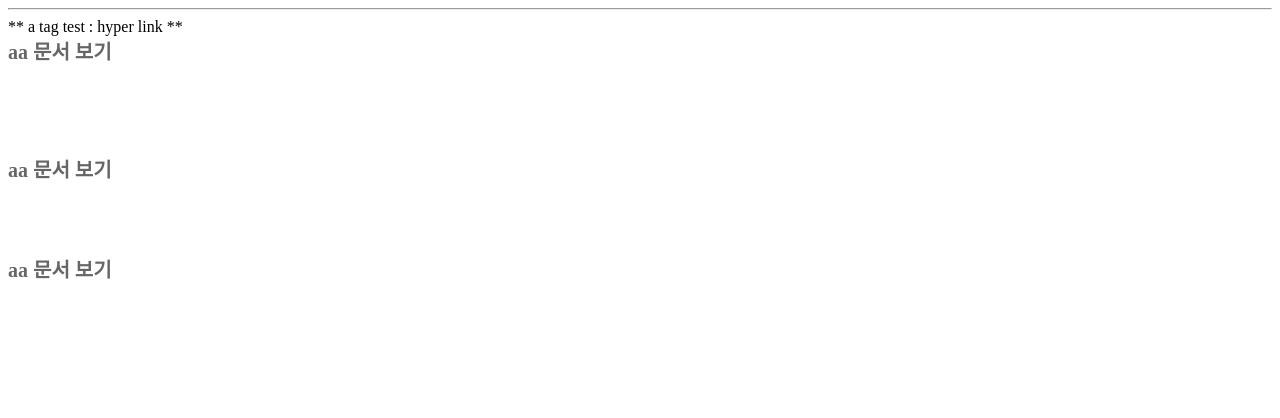
Repository: lsgsg/lsgsg
Page: wsou/webBasic/WebContent/cc.html
These files come from the project's save history. The page is drawn as it stood at one moment and after the next save; the edit follows.
The browser window is 1280 px wide. The pictures show the whole page.

Above is the page before, as saved 2018-08-14 03:52:29.

After the next save:
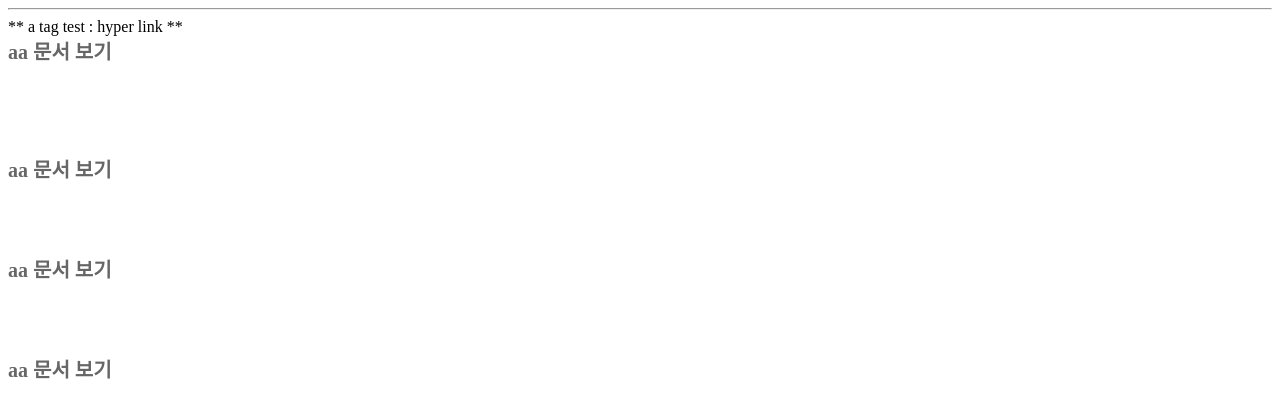
Saved 45 s later.
--- a/wsou/webBasic/WebContent/cc.html
+++ b/wsou/webBasic/WebContent/cc.html
@@ -37,5 +37,6 @@
 <a href="aa.html"> aa 문서 보기 </a> </br>
 <a href="aa.html" target = "_new"> aa 문서 보기 </a>
 <a href="aa.html" target = "_blank"> aa 문서 보기 </a>
+<a href="aa.html" target = "_self"> aa 문서 보기 </a>
 </body>
 </html>
